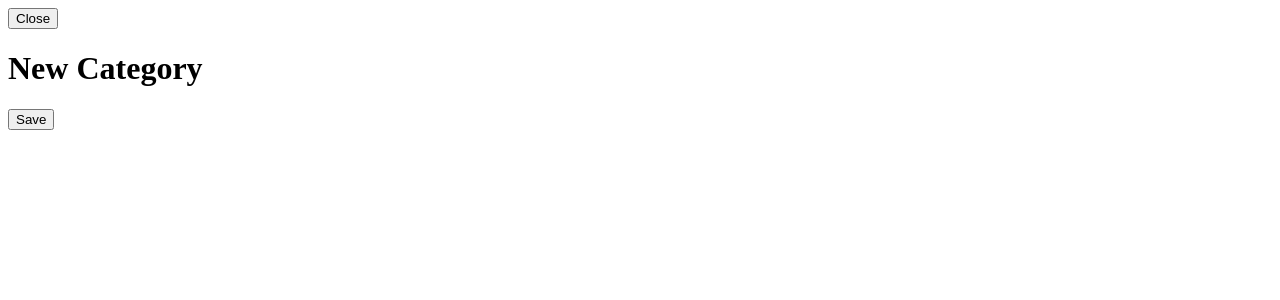
Repository: dvbondoy/peddler-pos
Page: www/product/templates/new-category-modal.html
An editor plug-in stored every save of this project. The page is shown before and after the next save, followed by the edit.
The browser window is 1280 px wide. The pictures show the whole page.

Above is the page before, as saved 2016-12-06 17:12:57.

After the next save:
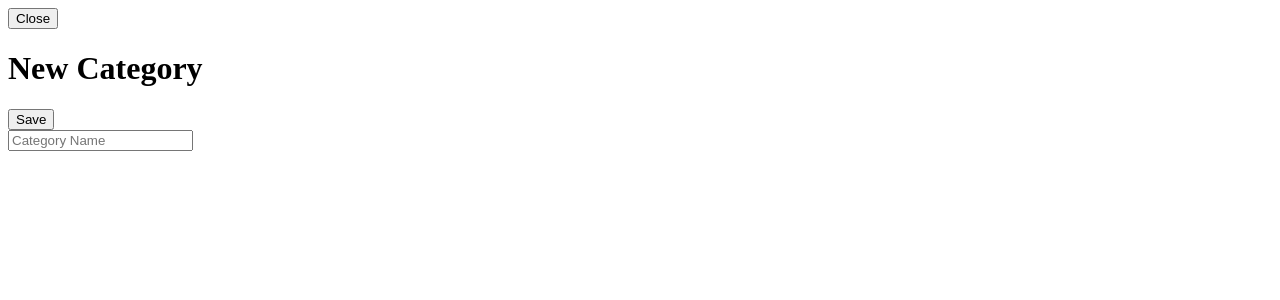
Saved 4 min 56 s later.
--- a/www/product/templates/new-category-modal.html
+++ b/www/product/templates/new-category-modal.html
@@ -10,6 +10,10 @@
   </ion-header-bar>
 
   <ion-content>
-
+    <div class="list">
+      <label for="" class="item item-input">
+        <input type="text" placeholder="Category Name">
+      </label>
+    </div>
   </ion-content>
 </ion-modal-view>
